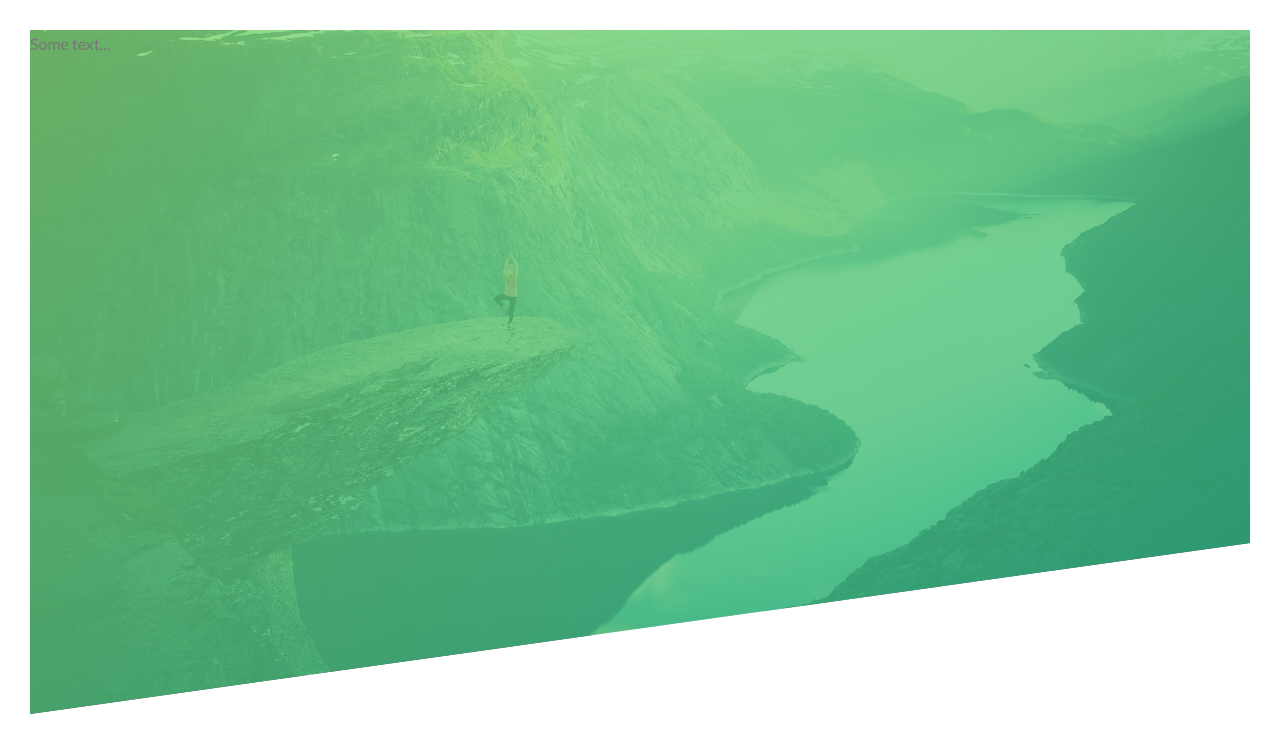
Repository: kamilluc/advanced-css-course
Page: Natours/my-implementation/index.html
These files come from the project's save history. The page is drawn as it stood at one moment and after the next save; the edit follows.
The browser window is 1280 px wide. The pictures show the whole page.

Above is the page before, as saved 2019-05-24 21:07:19.

After the next save:
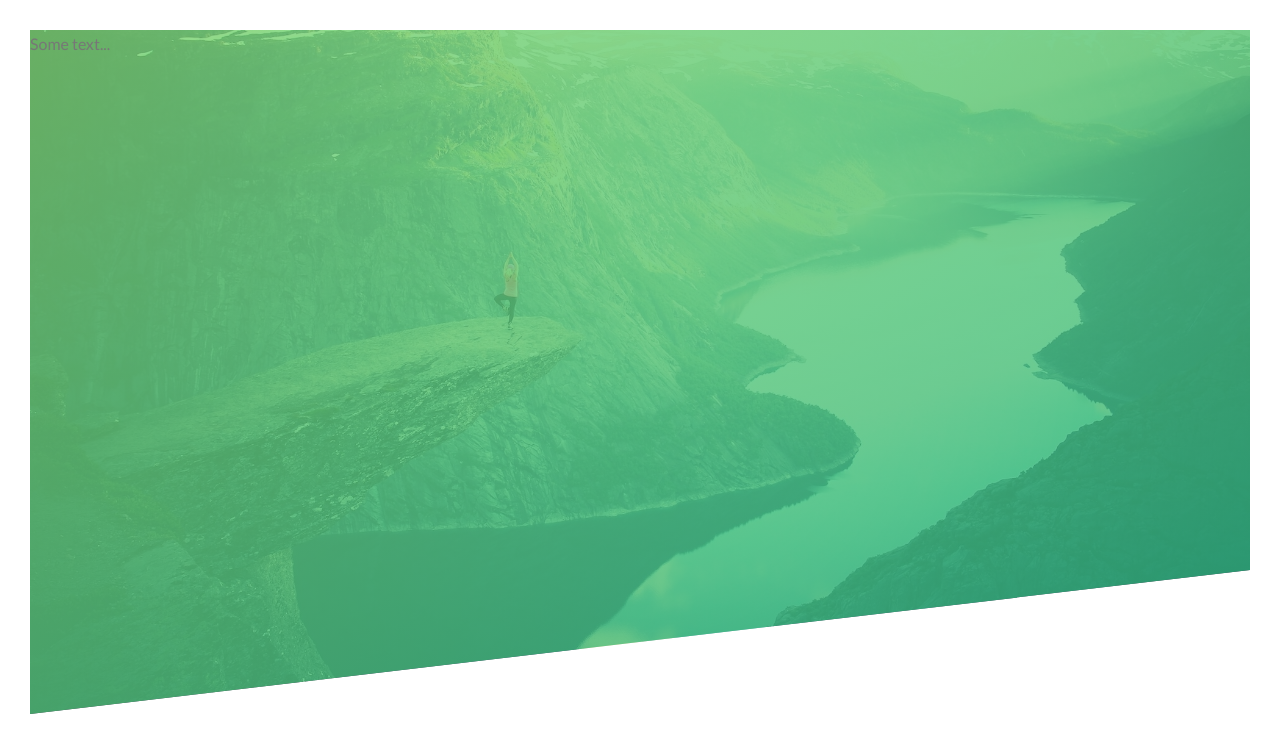
Saved 6 s later.
--- a/Natours/my-implementation/css/style.css
+++ b/Natours/my-implementation/css/style.css
@@ -36,5 +36,5 @@ body {
     url("../img/hero.jpg");
   background-size: cover;
   background-position: top;
-  clip-path: polygon(0 0, 100% 0, 100% 75%, 0 100%);
+  clip-path: polygon(0 0, 100% 0, 100% 75vh, 0 100%);
 }
